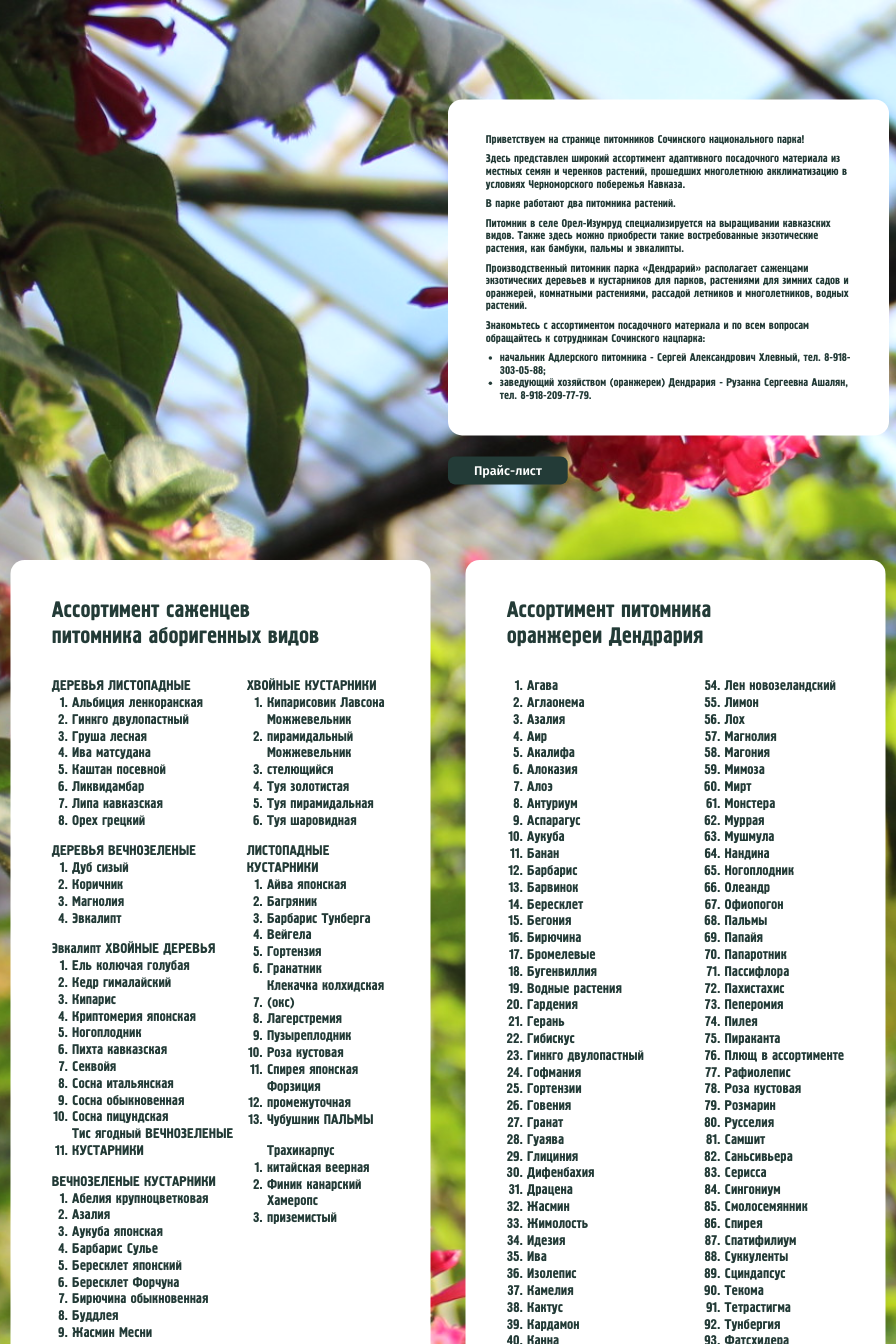
Repository: sem1103/np-sochi
Page: index.html
An editor plug-in stored every save of this project. The page is shown before and after the next save, followed by the edit.
The browser window is 1280 px wide. The pictures show the part of the page from y = 0 to 1920 px (the page is 2622 px tall before and 2971 px after), at 70% of full size.

Above is the page before, as saved 2024-01-17 22:38:25.

After the next save:
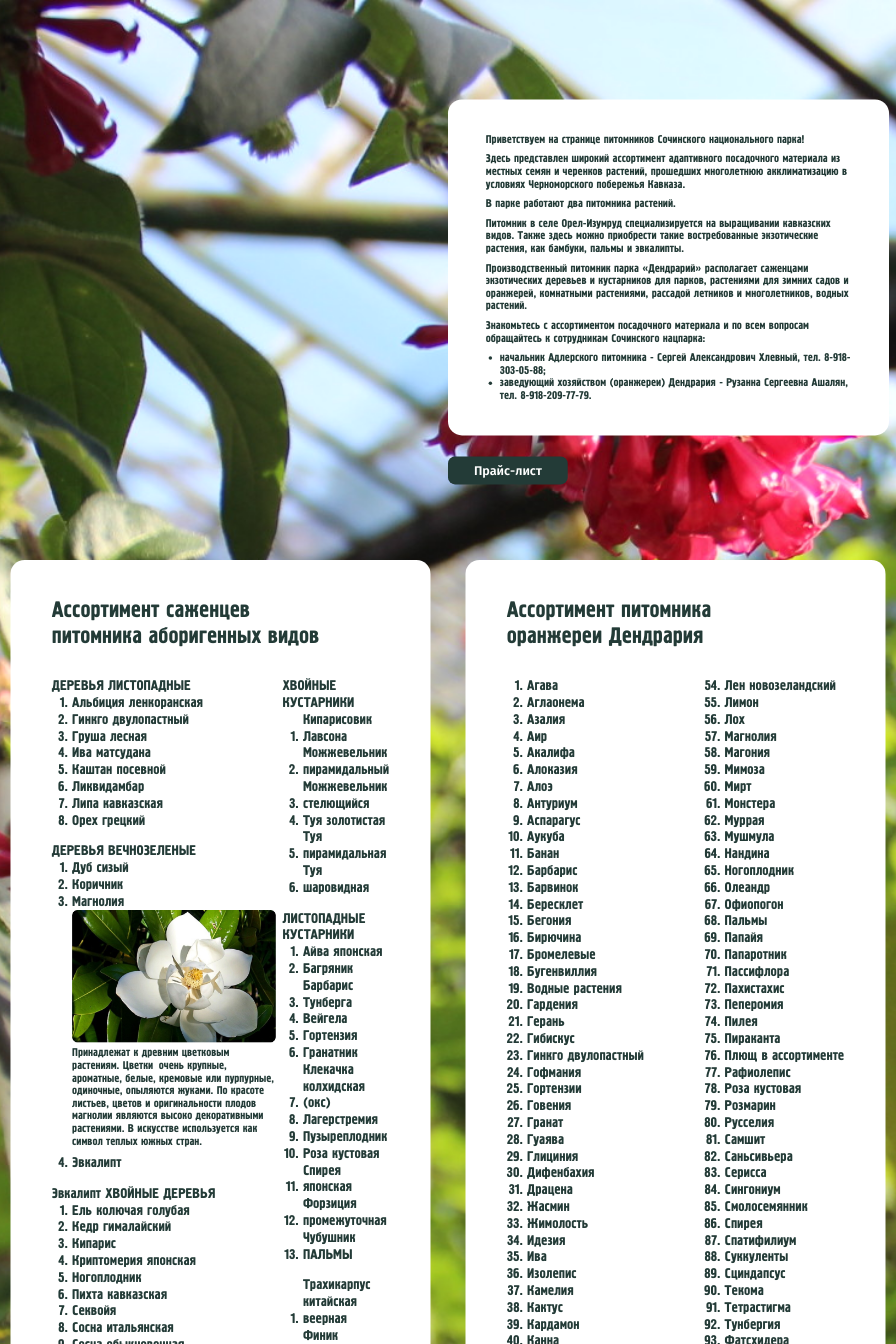
Saved 5 min 15 s later.
--- a/index.html
+++ b/index.html
@@ -82,7 +82,15 @@
                             <ol>
                                 <li><button>Дуб сизый</button></li>
                                 <li><button>Коричник</button></li>
-                                <li><button>Магнолия</button></li>
+                                <li>
+                                    <button>Магнолия</button>
+                                    <div class="item__card">
+                                        <img src="img/manqoliya.png" alt="Магнолия">
+                                        <p>
+                                            Принадлежат к древним цветковым растениям. Цветки очень крупные, ароматные, белые, кремовые или пурпурные, одиночные, опыляются жуками.  По красоте листьев, цветов и оригинальности плодов магнолии являются высоко декоративными растениями. В искусстве используется как символ теплых южных стран.
+                                        </p>
+                                    </div>
+                                </li>
                                 <li><button>Эвкалипт</button></li>
                             </ol>
 

After the 2 saves that followed:
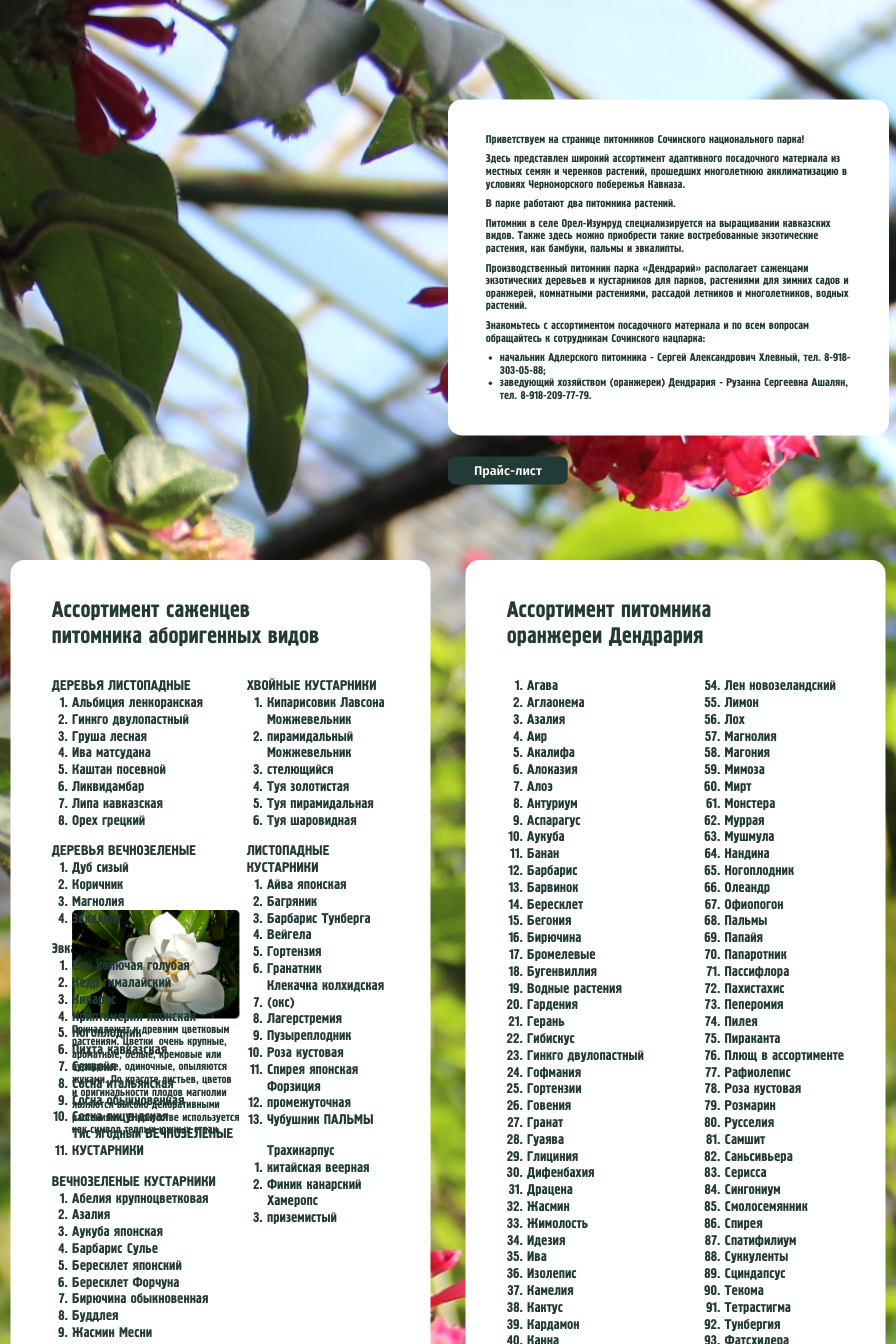
The 2 saves are shown as one change because 1 left the picture as it was.
The last was saved 52 s later.
--- a/styles/main.css
+++ b/styles/main.css
@@ -85,6 +85,7 @@ ol li{
     font: 20px Hermes;
     color: var(--gray);
     margin: 0 0 0 29px;
+    position: relative;
 }
 ol button{
     font: inherit;
@@ -98,6 +99,10 @@ ol button{
 .left__items{
     margin: 0 10px 0 0;
 }
+.item__card{
+    position: absolute;
+}
+
 
 
 
